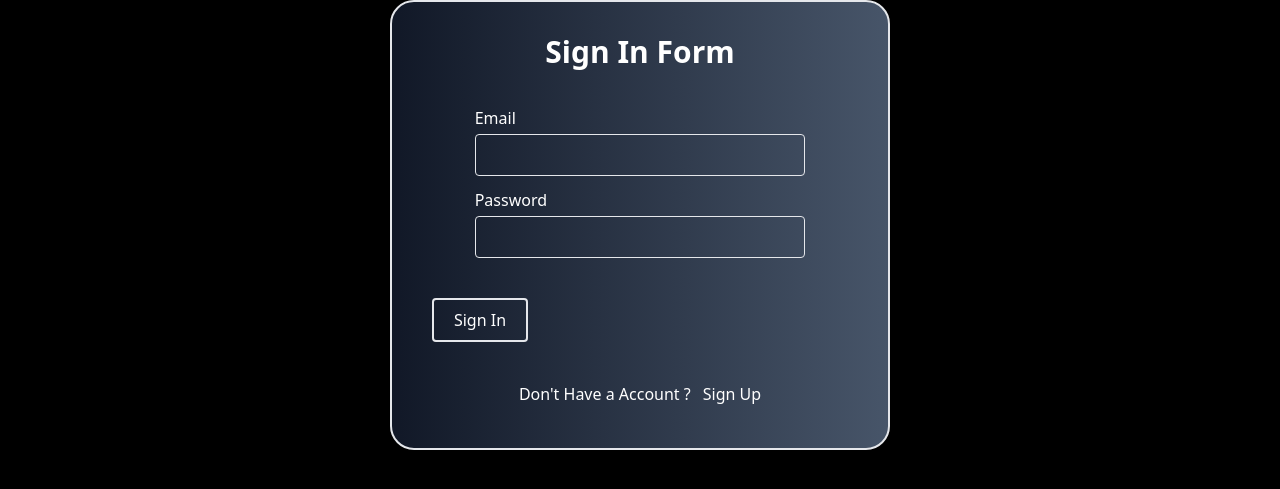
Repository: OmkarTidke8080/Assessment
Page: /sign-in (app in frontend/)
These files come from the project's save history. The page is drawn as it stood at one moment and after a run of saves; the edit follows.
The browser window is 1280 px wide. The pictures show the whole page.
The project was rebuilt for these pictures with package versions that can differ from the ones it lists, and the page was loaded fresh each time. Also part of the build but not shown: frontend/vite.config.js, frontend/src/components/HomePage.jsx, frontend/src/components/SignUp.jsx.

Above is the page before, as saved 2024-10-19 22:25:06.

### frontend/src/App.jsx
import { useEffect, useState } from "react";
import "./App.css";
import LandingPage from "./components/HomePage.jsx";
import SignUp from "./components/SignUp.jsx";
import { BrowserRouter, Routes, Route } from "react-router-dom";
import ScaleLoader from "react-spinners/ScaleLoader";
import SignIn from "./components/SignIn.jsx";

function App() {
  const [isLoading, setIsLoading] = useState(true);

  useEffect(() => {
    const timer = setTimeout(() => {
      setIsLoading(false);
    }, 2000);

    return () => clearTimeout(timer);
  });
  return (
    <>
      {isLoading ? (
        <div
          style={{
            display: "flex",
            justifyContent: "center",
            alignItems: "center",
            height: "100vh",
            backgroundColor: "#fff",
          }}
        >
          {" "}
          <ScaleLoader />
        </div>
      ) : (
        <BrowserRouter>
          <Routes>
            <Route path={"/"} element={<LandingPage />} />
            <Route path={"/sign-up"} element={<SignUp />} />
            <Route path={"/sign-in"} element={<SignIn />} />
          </Routes>
        </BrowserRouter>
      )}
    </>
  );
}

export default App;

### frontend/src/App.css
html, body {
  height: 100%;
  margin: 0;
}

#root {
  background: #000;
  min-height: 100vh; /* Use 100vh for full viewport height */
}

### frontend/src/components/SignIn.jsx
import React from 'react'

function SignIn() {
    return (
      <div className="flex justify-center ">
          <div className="form h-[450px] w-[500px] border-2 rounded-3xl text-white  bg-gradient-to-r from-gray-900 to-slate-600 ">
            <div className="form-heading text-center mt-8 mb-6">
              <h1 className="text-3xl font-bold text-white mb-2">
                Sign In Form
              </h1>
            </div>
            <form>
              <div className="flex justify-center">
                <div className="w-2/3">
                  <div className="mt-3">
                    <label htmlFor="email" className=" flex mb-1">
                      Email
                    </label>
                    <input
                      type="text"
                      id="email"
                      className="text-white bg-inherit w-full flex border rounded p-2"
                      required
                    />
                  </div>

                  <div className="mt-3 w-full">
                    <label htmlFor="username" className=" flex mb-1">
                      Password
                    </label>
                    <input
                      type="text"
                      id="FistName"
                      className="text-white bg-inherit w-full flex border rounded p-2"
                      required
                    />
                  </div>
                </div>
              </div>

              <div className="sign-up-button m-10">
                <button className="border-2 rounded p-2 w-24 hover:border-green-700 ">
                  Sign In
                </button>
              </div>
              <div className="AlreadyAccount flex justify-center gap-x-3">
                <h2>Don't Have a Account ?</h2>
                <button>Sign Up</button>
              </div>
            </form>
          </div>
      </div>
    );
}

export default SignIn

Loaded but not shown: frontend/index.html (common file); frontend/src/main.jsx (common file); frontend/src/index.css (common file); frontend/tailwind.config.js (common file)

After the next 2 saves:
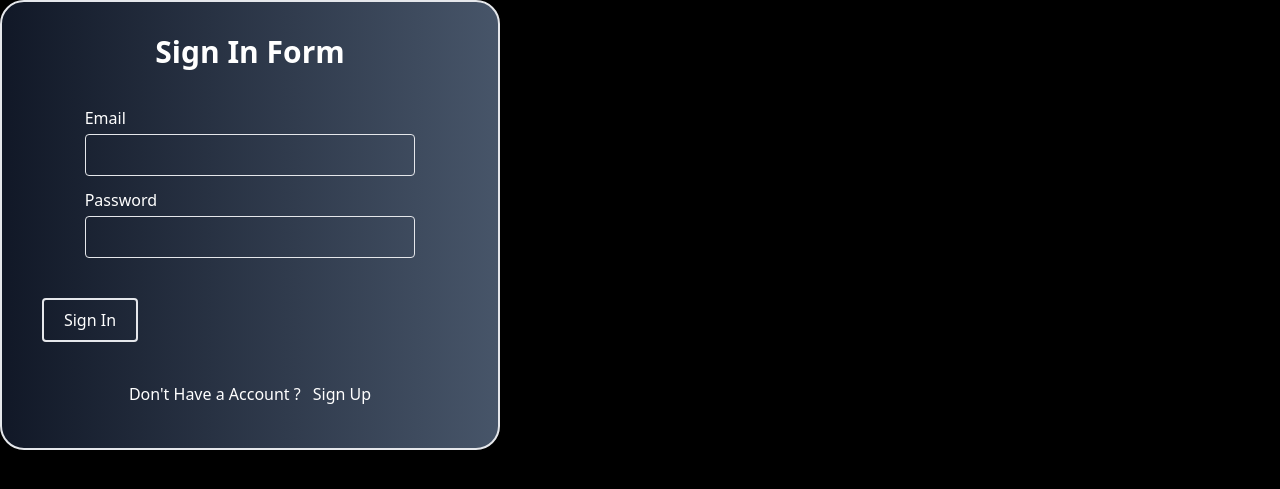
The 2 saves are shown as one change because they came seconds apart.
The last was saved 13 s later.
--- a/frontend/src/components/SignIn.jsx
+++ b/frontend/src/components/SignIn.jsx
@@ -2,7 +2,7 @@
 
 function SignIn() {
     return (
-      <div className="flex justify-center ">
+      <div className="flex items-center">
           <div className="form h-[450px] w-[500px] border-2 rounded-3xl text-white  bg-gradient-to-r from-gray-900 to-slate-600 ">
             <div className="form-heading text-center mt-8 mb-6">
               <h1 className="text-3xl font-bold text-white mb-2">

After the 2 saves that followed:
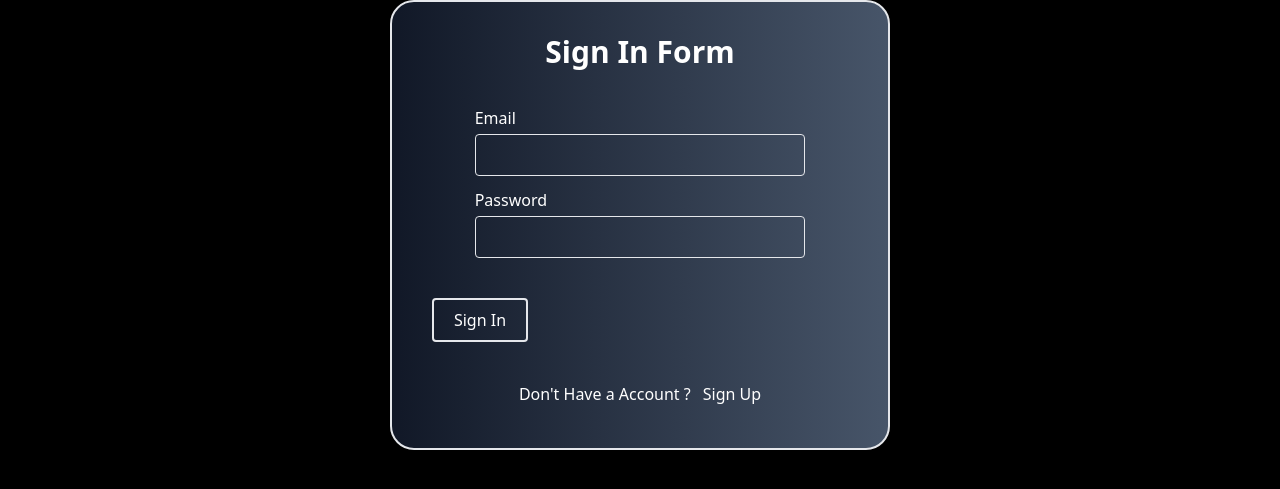
The 2 saves are shown as one change because they came seconds apart.
The last was saved 6 s later.
--- a/frontend/src/components/SignIn.jsx
+++ b/frontend/src/components/SignIn.jsx
@@ -2,7 +2,7 @@
 
 function SignIn() {
     return (
-      <div className="flex items-center">
+      <div className="flex justify-center items-center">
           <div className="form h-[450px] w-[500px] border-2 rounded-3xl text-white  bg-gradient-to-r from-gray-900 to-slate-600 ">
             <div className="form-heading text-center mt-8 mb-6">
               <h1 className="text-3xl font-bold text-white mb-2">
